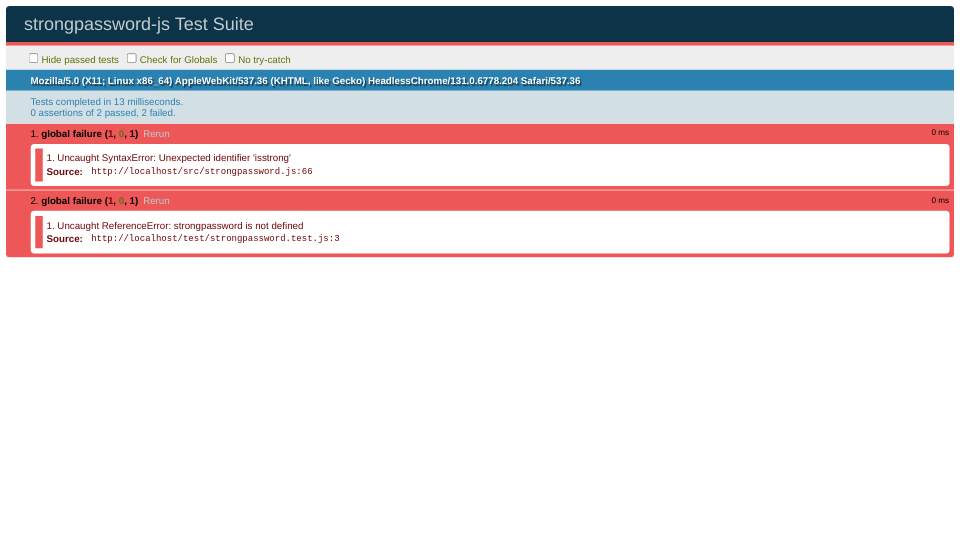
Repository: jongha/strongpassword-js
Page: test/strongpassword.html
The author's editor kept a record of every edit. The page is drawn from the files as they stood at one moment, then again after the next edit.
The browser window is 1280 px wide. The pictures show the whole page, at 75% of full size.

Above is the page before.
Console error: SyntaxError: Unexpected identifier 'isstrong'

After the next edit:
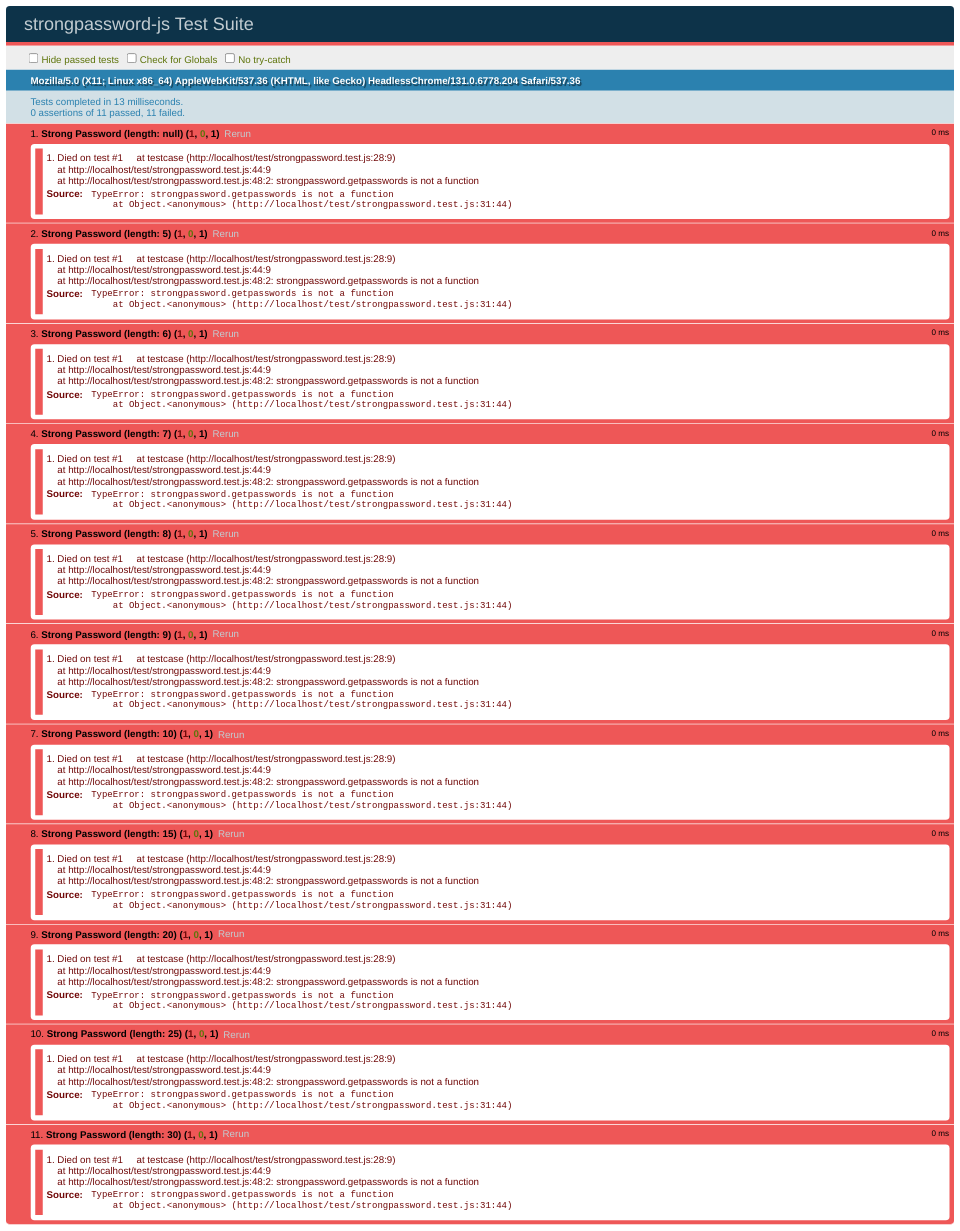
The error is gone.
The edit:
--- a/src/strongpassword.js
+++ b/src/strongpassword.js
@@ -58,7 +58,7 @@
         }
 
         return point;
-    }
+    },
 
     // validate password is strong
     // password: password for valication
